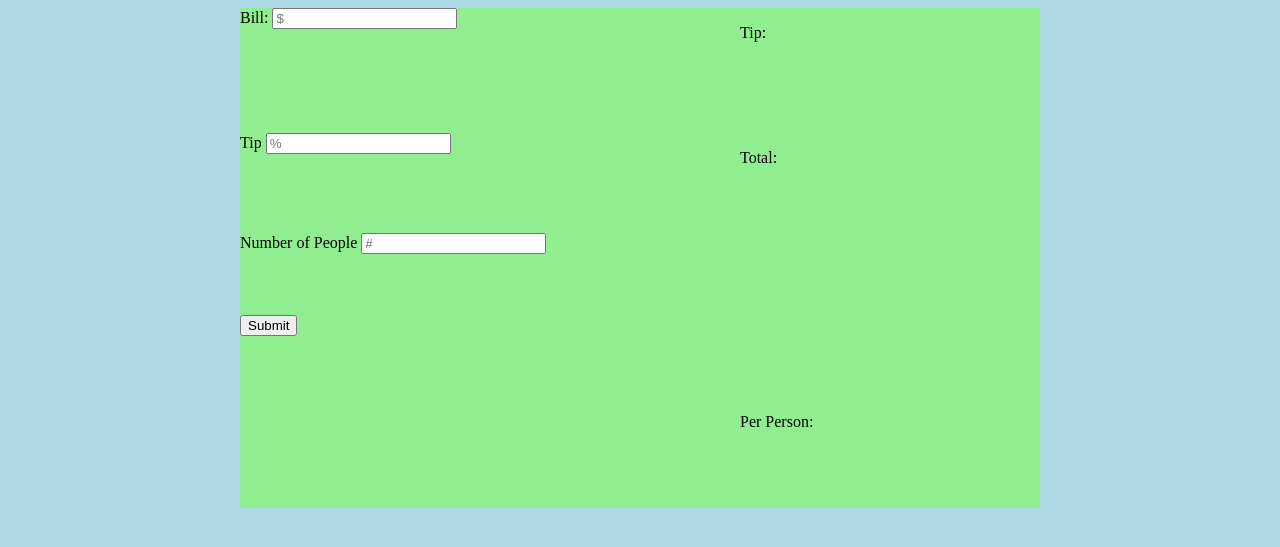
Repository: SamirIngley/Tip-Calculator
Page: tip_display.html
The author's editor kept a copy of each file at every save. The page is drawn from the files as they stood at one save, then again after the next save.
The browser window is 1280 px wide. The pictures show the whole page.

Above is the page before, as saved 2020-02-13 09:57:27.

After the next save:
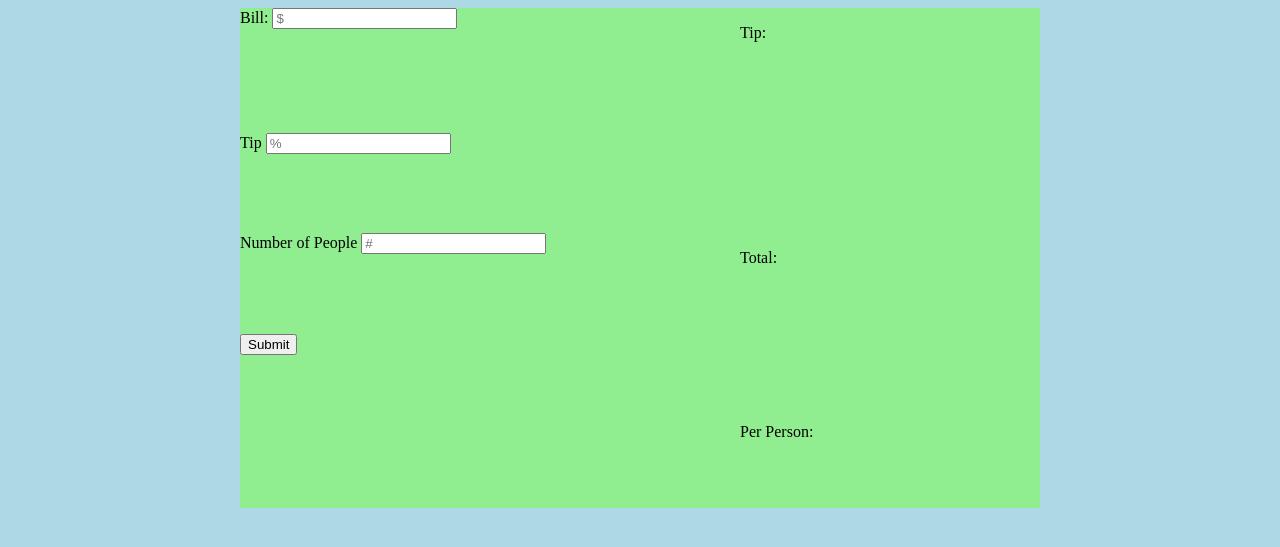
Saved 29 s later.
--- a/style.css
+++ b/style.css
@@ -15,9 +15,9 @@
     height: 500px;
     width: 800px;
     grid-template-areas: "b d"
-                         "t y"
-                         "n p"
-                         "s p"
+                         "t p"
+                         "n y"
+                         "s ."
 
 }
 

After the save that followed:
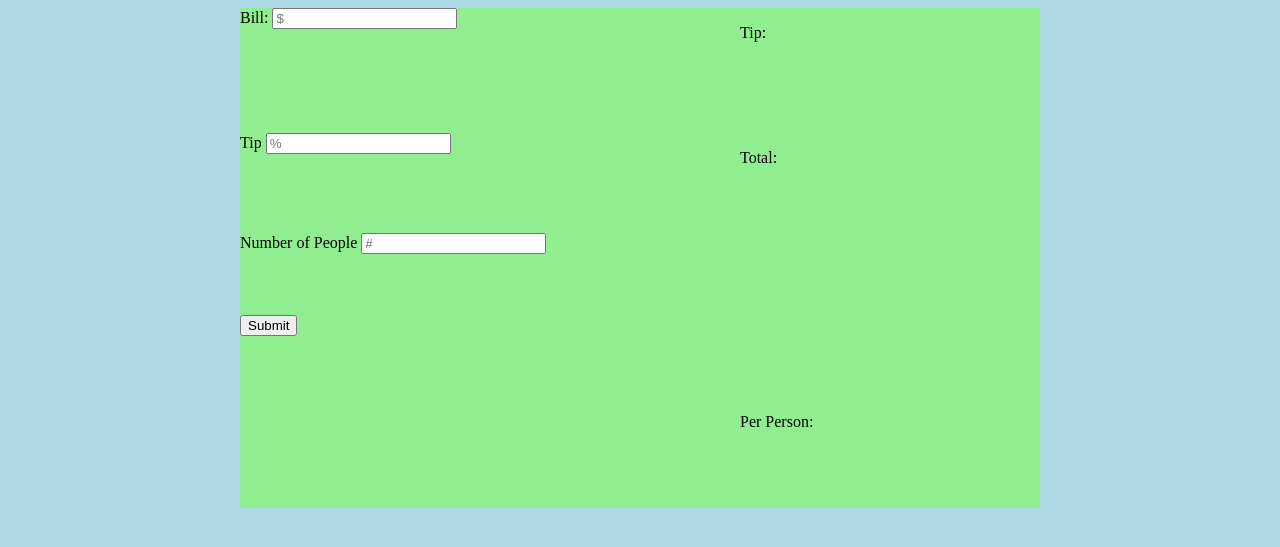
Saved 55 s later.
--- a/style.css
+++ b/style.css
@@ -15,8 +15,8 @@
     height: 500px;
     width: 800px;
     grid-template-areas: "b d"
-                         "t p"
-                         "n y"
+                         "t y"
+                         "n p"
                          "s ."
 
 }
